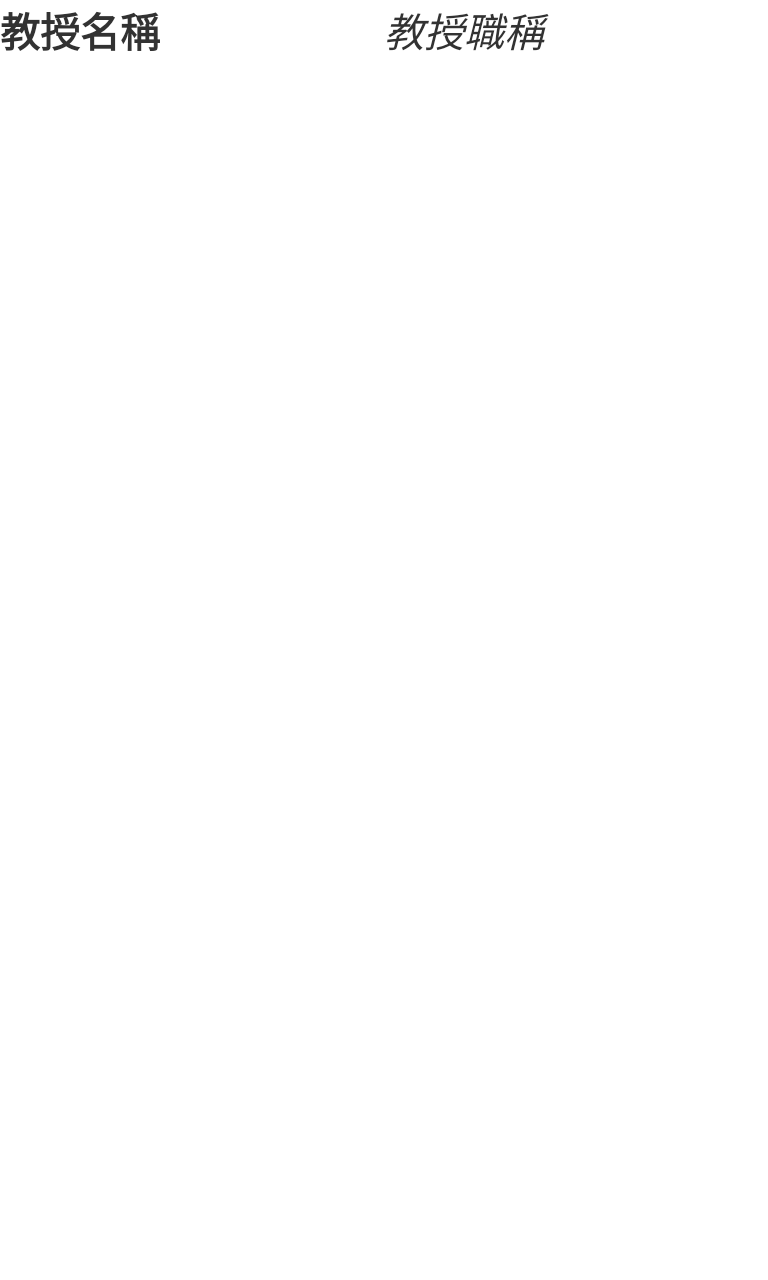
Repository: gt212345/p4p-android
Layout: p4p-android/res/layout/pros_list_item.xml
The author's editor kept a copy of each file at every save. The layout is drawn from the files as they stood at one save, then again after the next save.
It is drawn on a 768 x 1280 px phone screen (xhdpi) without system bars, with theme AppTheme; the app's code is not run.

Above is the layout before, as saved 2014-05-25 00:59:54.

### p4p-android/res/layout/pros_list_item.xml
<?xml version="1.0" encoding="utf-8"?>
<LinearLayout xmlns:android="http://schemas.android.com/apk/res/android"
    android:layout_width="fill_parent"
    android:layout_height="fill_parent" >

    <TextView
        android:id="@+id/ProsName"
        android:layout_width="match_parent"
        android:layout_height="wrap_content"
        android:layout_weight="0.50"
        android:textSize="20dp"
        android:textStyle="bold"
        android:text="教授名稱" />

    <TextView
        android:id="@+id/ProsOcu"
        android:layout_width="match_parent"
        android:layout_height="wrap_content"
        android:layout_weight="0.50"
        android:textSize="20dp"
        android:textStyle="italic"
        android:text="教授職稱" />

</LinearLayout>

Loaded but not shown: p4p-android/res/values/styles.xml (common file); p4p-android/res/values-v11/styles.xml (common file); p4p-android/res/values-v14/styles.xml (common file)

After the next save:
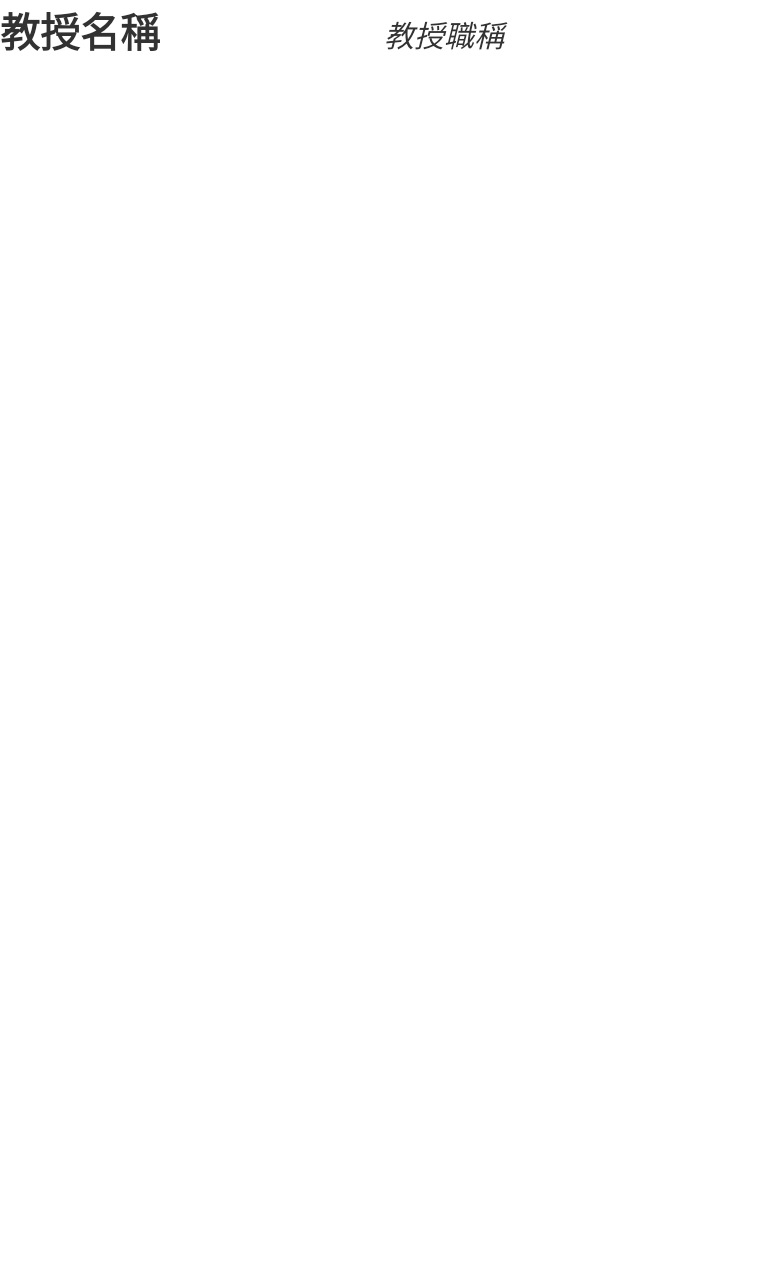
Saved 3 s later.
--- a/p4p-android/res/layout/pros_list_item.xml
+++ b/p4p-android/res/layout/pros_list_item.xml
@@ -17,7 +17,7 @@
         android:layout_width="match_parent"
         android:layout_height="wrap_content"
         android:layout_weight="0.50"
-        android:textSize="20dp"
+        android:textSize="15dp"
         android:textStyle="italic"
         android:text="教授職稱" />
 
